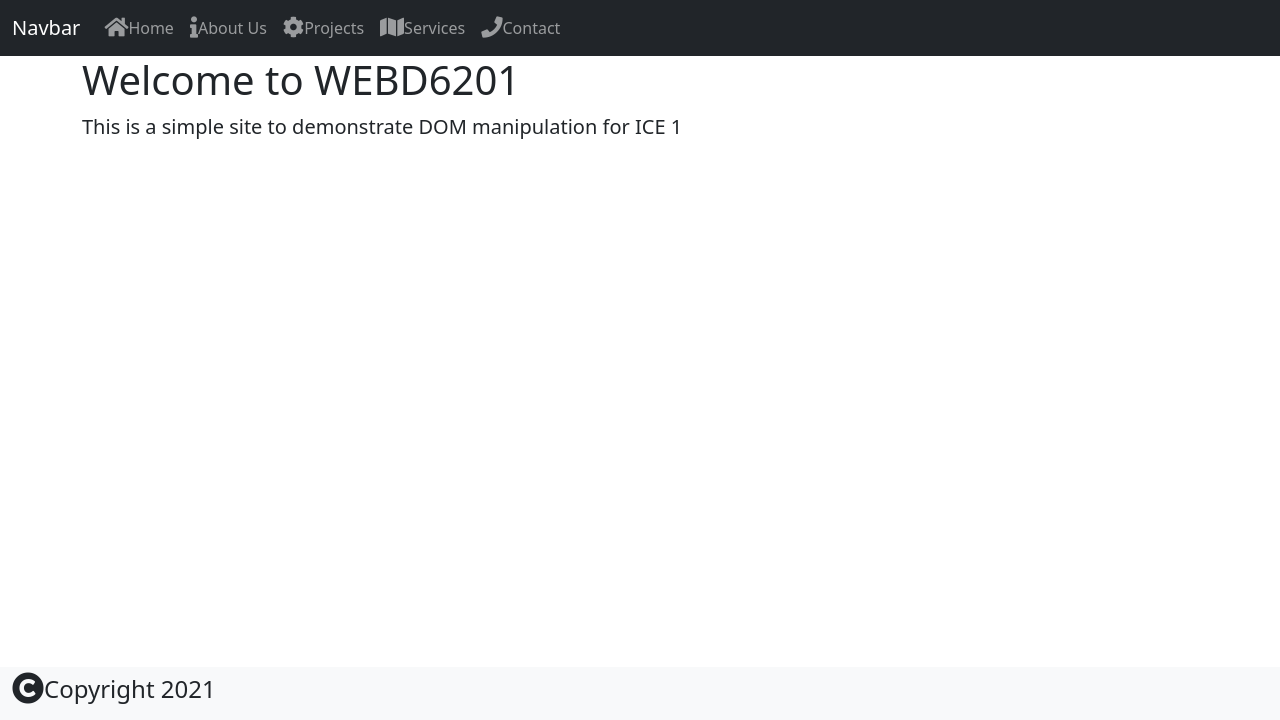
Repository: deividwsantoss/webd6201-W2021-ICE1
Page: Index.html
An editor plug-in stored every save of this project. The page is shown before and after the next save, followed by the edit.
The browser window is 1280 px wide. The pictures show the whole page.

Above is the page before, as saved 2021-02-02 10:54:58.

After the next save:
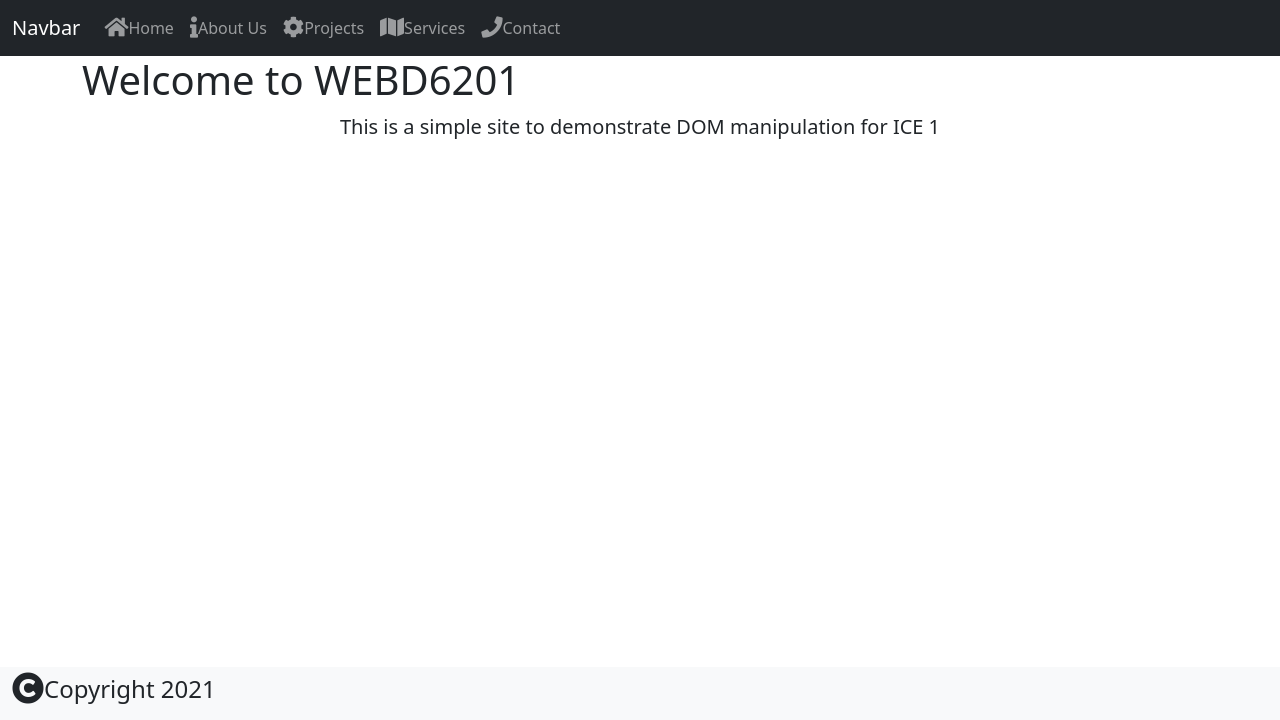
Saved 14 s later.
--- a/Scripts/app.js
+++ b/Scripts/app.js
@@ -22,7 +22,7 @@
         //let paragraphOneQuerys = document.querySelectorAll("p")[0];
 
         paragraphOneElement.textContent = paragraphOneText;
-        paragraphOneElement.className = "fs-5 text-centered";
+        paragraphOneElement.className = "fs-5 text-center";
 
 
     }
